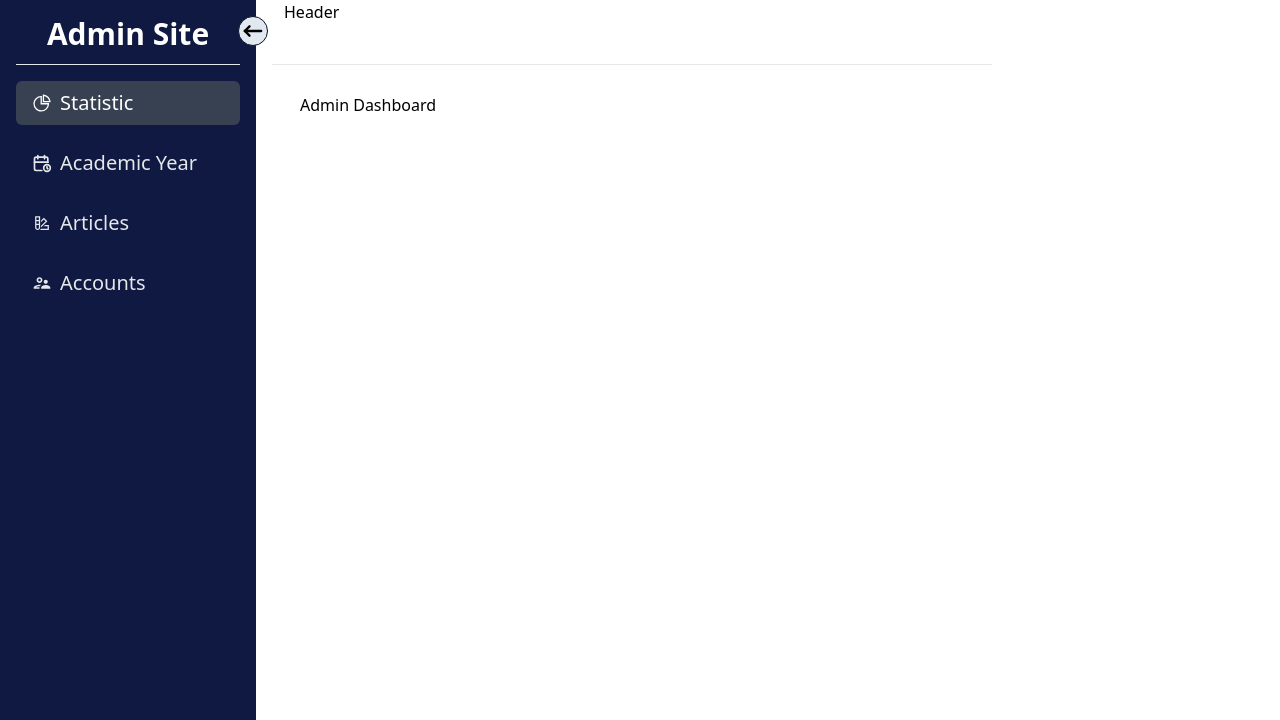
Repository: huynhvanngoan/COMP1640FE-Template
Page: /admin
These files come from the project's save history. The page is drawn as it stood at one moment and after the next save; the edit follows.
The browser window is 1280 px wide. The pictures show the whole page.
The project was rebuilt for these pictures with package versions that can differ from the ones it lists, and the page was loaded fresh each time. Also part of the build but not shown: src/components/buttonStyles.js, src/pages/LoginPage.jsx, src/pages/student/StudentDashboard.jsx, src/pages/department/DepartmentDashboard.jsx, src/pages/marketing/MarketingDashboard.jsx, src/pages/guest/GuestDashboard.jsx.

Above is the page before, as saved 2024-03-24 07:05:20.

After the next save:
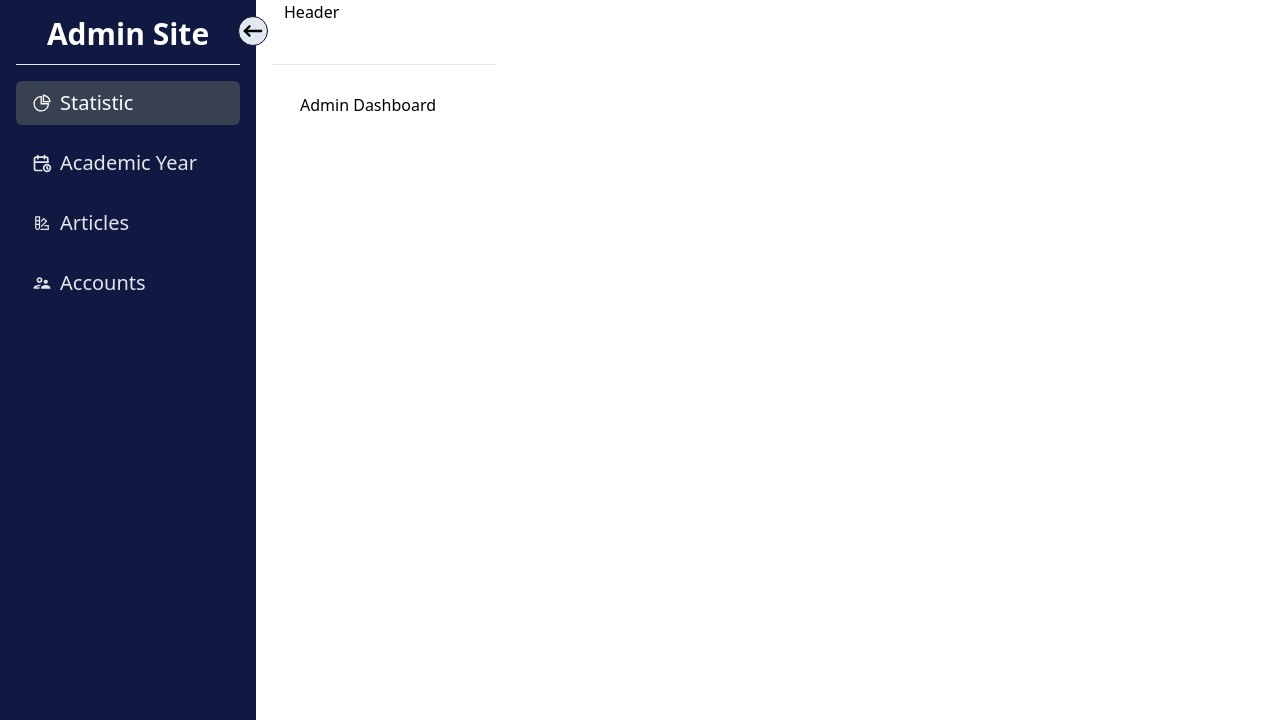
Saved 27 s later.
--- a/src/pages/admin/AdminDashboard.js
+++ b/src/pages/admin/AdminDashboard.js
@@ -2,7 +2,7 @@ import React from 'react'
 
 const AdminDashboard = () => {
   return (
-      <div className='p-7 mx-4 w-[100vh] border-t'>
+      <div className='p-7 mx-4 w-full border-t'>
         Admin Dashboard
       </div>
   )
